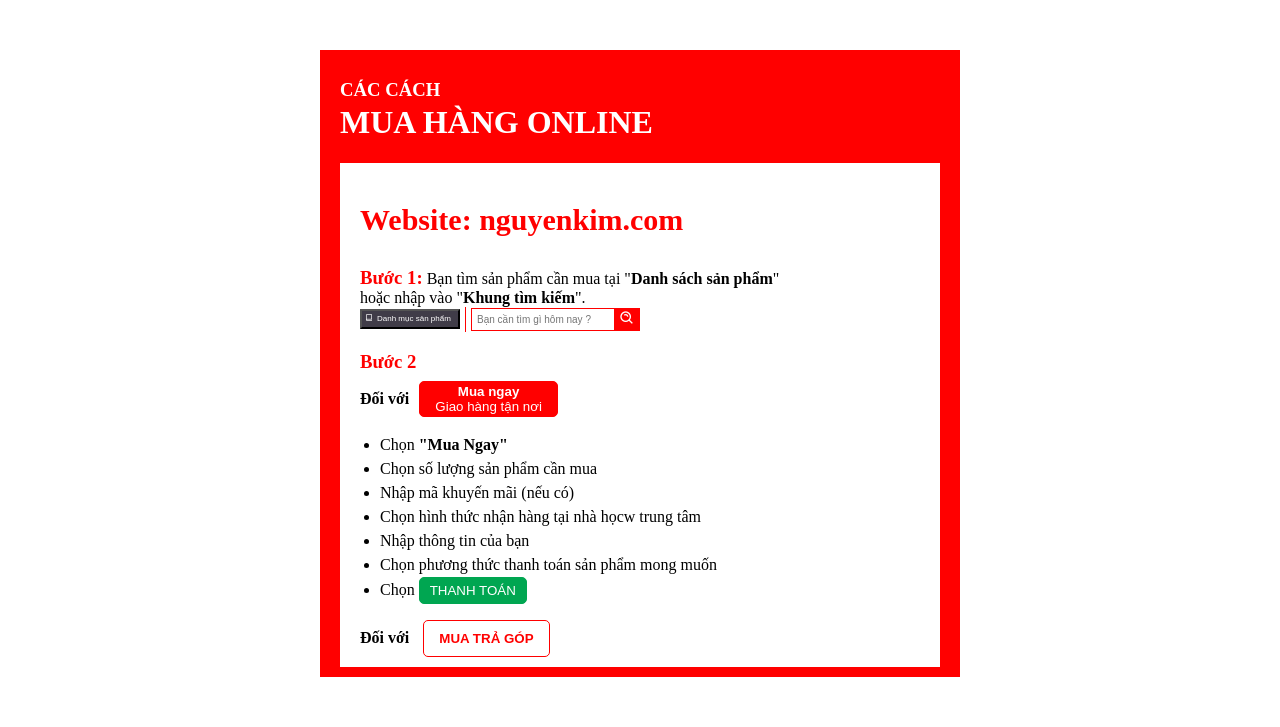
Repository: Tan-Khang21/TH_TKW--Buoi_01
Page: Buoi_01/BT_tren_lop/BT_06/main.html
These files come from the project's save history. The page is drawn as it stood at one moment and after the next save; the edit follows.
The browser window is 1280 px wide. The pictures show the whole page.

Above is the page before, as saved 2024-01-23 19:50:48.

After the next save:
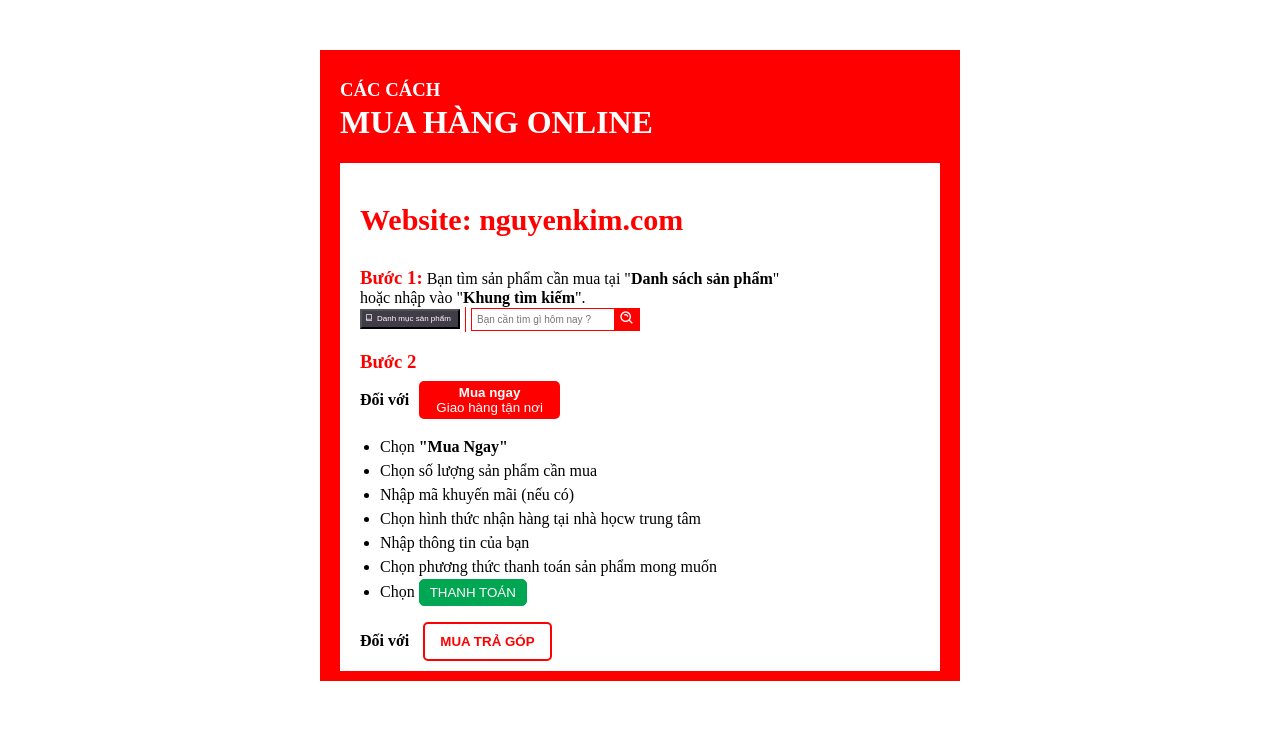
Saved 24 s later.
--- a/Buoi_01/BT_tren_lop/BT_06/style.css
+++ b/Buoi_01/BT_tren_lop/BT_06/style.css
@@ -62,7 +62,7 @@
 .buy_now,.buy{
     padding:2px 15px;
     background-color: red;
-    border: 1px solid red;
+    border: 2px solid red;
     border-radius: 5px;
     color: white;
     margin-left: 10px;
